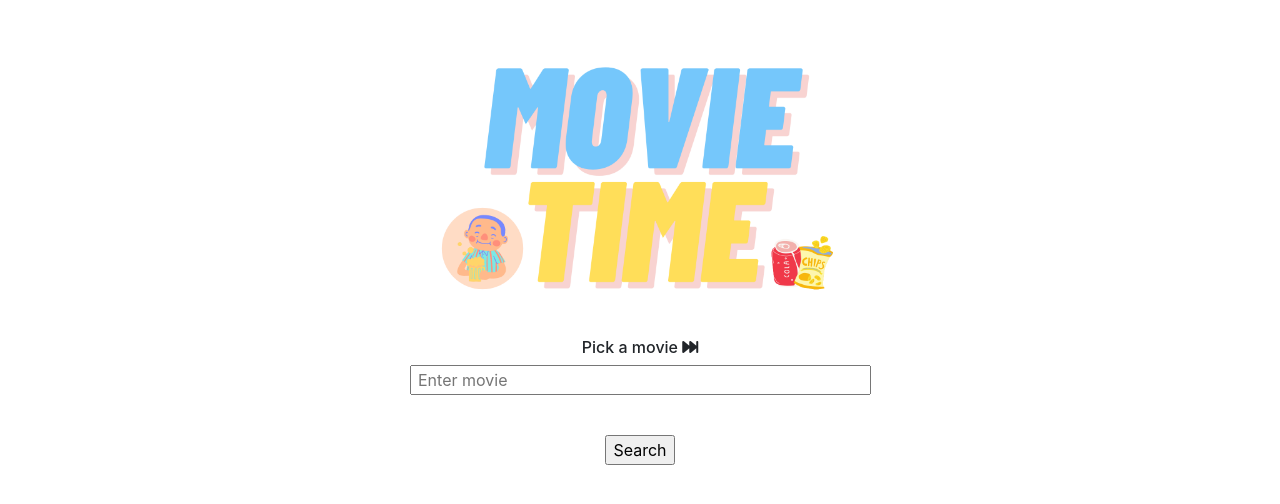
Repository: Wei-Hsi/MovieTime_search-engine
Page: http://localhost/FinalProject/TestProject
The author's editor kept a copy of each file at every save. The page is drawn from the files as they stood at one save, then again after the next save.
The browser window is 1280 px wide. The pictures show the whole page.
Some web libraries are served in a nearby version. The page is served by Tomcat 9. Other server files are loaded and not shown.

Above is the page before, as saved 2021-01-05 09:10:10.

### FinalProject/WebContent/Search.jsp
<%@ page language="java" contentType="text/html; charset=UTF-8"
    pageEncoding="UTF-8"%>
<!DOCTYPE html>
<html>
<head>
<title>MovieTime</title>
  <meta charset="UTF-8">
  <meta name="viewport" content="width=device-width, initial-scale=1">
  <link rel="stylesheet" href="https://maxcdn.bootstrapcdn.com/bootstrap/4.5.2/css/bootstrap.min.css">
  <script src="https://ajax.googleapis.com/ajax/libs/jquery/3.5.1/jquery.min.js"></script>
  <script src="https://cdnjs.cloudflare.com/ajax/libs/popper.js/1.16.0/umd/popper.min.js"></script>
  <script src="https://maxcdn.bootstrapcdn.com/bootstrap/4.5.2/js/bootstrap.min.js"></script>
  <script src='https://kit.fontawesome.com/a076d05399.js'></script>
</head>
<body>
	<div class="container" style="text-align: center">
		<img src="MovieTime.png" width="600" height="338">
	</div>
	<div class="container" style="text-align: center">
		<h6>Pick a movie  <i class='fas fa-fast-forward'> </i></h6>
	</div>
<form action='${requestUri}' method='get'>
	<div class="container" style="text-align: center">
	<div class="form-group">
	    <input type="text" size="40px" id="movie" placeholder=" Enter movie" name="movie">
	</div>
	<br><input type='submit' value='Search' />
	</div>
</form>
</body>
</html>

### FinalProject/src/TestProject.java


import java.io.IOException;
import java.io.PrintWriter;
import java.util.ArrayList;
import java.util.HashMap;
import java.util.Map.Entry;

import javax.servlet.ServletContext;
import javax.servlet.ServletException;
import javax.servlet.annotation.WebServlet;
import javax.servlet.http.HttpServlet;
import javax.servlet.http.HttpServletRequest;
import javax.servlet.http.HttpServletResponse;

/**
 * Servlet implementation class TestProject
 */
@WebServlet("/TestProject")
public class TestProject extends HttpServlet {
/*
 * private static final long serialVersionUID = 1L;
	public KeywordList lst = new KeywordList();
	public ArrayList<WebNode> nodeList = new ArrayList<WebNode>();
	public Ranking rankResult;
 */


    /**
     * @see HttpServlet#HttpServlet()
     */
    public TestProject() {
        super();
        // TODO Auto-generated constructor stub
    }

	/**
	 * @see HttpServlet#doGet(HttpServletRequest request, HttpServletResponse response)
	 */
	protected void doGet(HttpServletRequest request, HttpServletResponse response) throws ServletException, IOException {
		// TODO Auto-generated method stub
		response.setCharacterEncoding("UTF-8");
		request.setCharacterEncoding("UTF-8");
		response.setContentType("text/html");
		if(request.getParameter("keyword")== null) {
			String requestUri = request.getRequestURI();
			request.setAttribute("requestUri", requestUri);
			request.getRequestDispatcher("Search.jsp").forward(request, response);
			return;
		}
		GoogleQuery google = new GoogleQuery(request.getParameter("keyword"));
		HashMap<String, String> query = google.query();

		String[][] s = new String[query.size()][3];
		request.setAttribute("query", s);
		int num = 0;
		for(Entry<String, String> entry : query.entrySet()) {
		    String title = entry.getKey();
		    String url = entry.getValue();
		    s[num][0] = title;
		    s[num][1] = url;
/*
 * 	    	WebPage rootPage = new WebPage(url, title);
			WebTree tree = new WebTree(rootPage);

			WordCounter counter = new WordCounter(url);
//			counter.findWebChild();

			for(Entry<String, String> child : counter.findWebChild().entrySet()) {
				String childTitle = child.getKey();
				String childUrl = child.getValue();
				tree.root.addChild(new WebNode(new WebPage(childUrl,childTitle)));
			}
			tree.setPostOrderScore(lst.getKeyword());
			nodeList.add(tree.root);
			rankResult = new Ranking(nodeList);
 */

//			for(int i=0; i<counter.findWebChild().size(); i++) {
//				tree.root.addChild(new WebNode(new WebPage(counter.urlList.get(i), counter.nameList.get(i))));
//			}



		    //use word counter
//		    WordCounter counter = new WordCounter(url);
//		    s[num][2] = counter.countKeyword(url);
		    num++;
		}
/*
 * 		for(int i=0 ; i<s.length ; i++) {
				s[i][0] = nodeList.get(i).getTitle();
				s[i][1] = nodeList.get(i).getUrl();
		}
 */


		request.getRequestDispatcher("googleitem.jsp")
		 .forward(request, response);
	}

	/**
	 * @see HttpServlet#doPost(HttpServletRequest request, HttpServletResponse response)
	 */
	protected void doPost(HttpServletRequest request, HttpServletResponse response) throws ServletException, IOException {
		// TODO Auto-generated method stub
		doGet(request, response);
	}

}

After the next save:
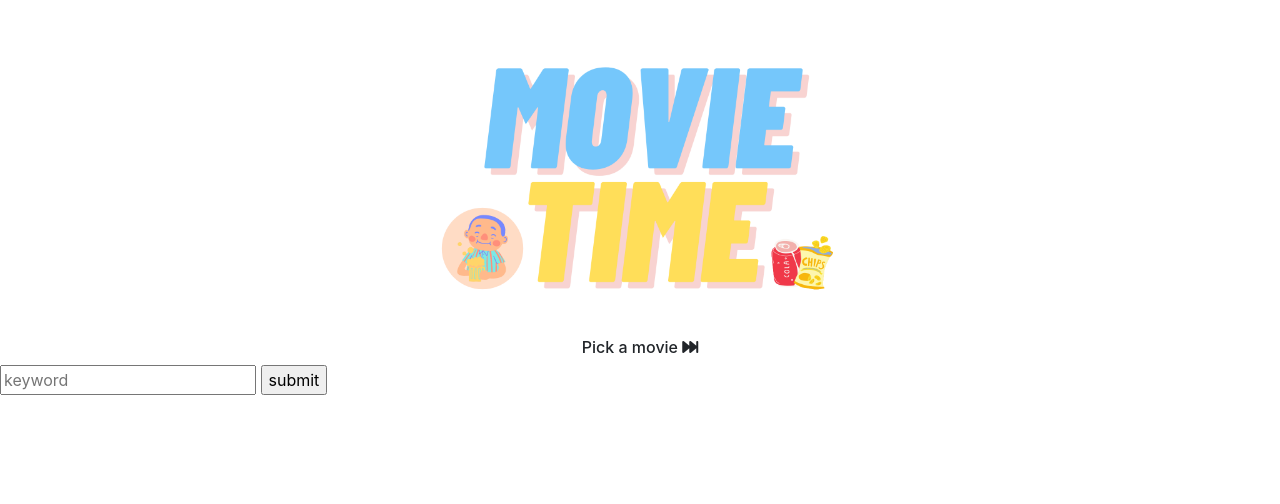
Saved 2 min 19 s later.
--- a/FinalProject/WebContent/Search.jsp
+++ b/FinalProject/WebContent/Search.jsp
@@ -20,12 +20,8 @@
 		<h6>Pick a movie  <i class='fas fa-fast-forward'> </i></h6>
 	</div>
 <form action='${requestUri}' method='get'>
-	<div class="container" style="text-align: center">
-	<div class="form-group">
-	    <input type="text" size="40px" id="movie" placeholder=" Enter movie" name="movie">
-	</div>
-	<br><input type='submit' value='Search' />
-	</div>
+	<input type='text' name='keyword' placeholder = 'keyword'/>
+	<input type='submit' value='submit' />
 </form>
 </body>
 </html>
